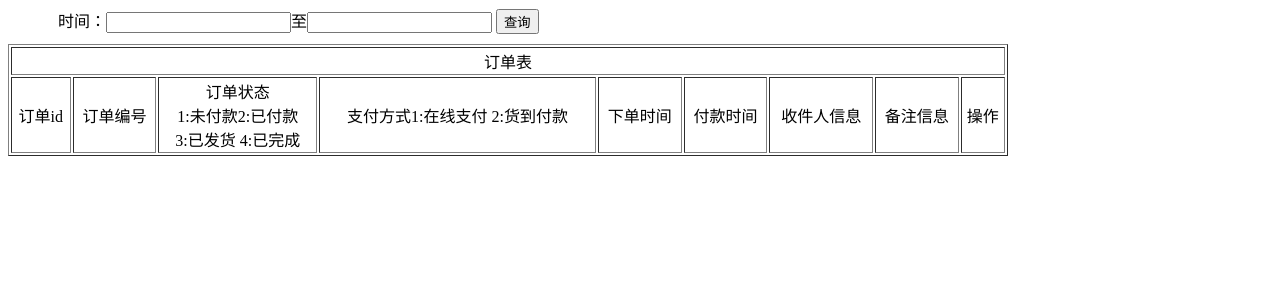
Repository: huaermao123/shopping
Page: http://localhost/Login2/orderinfo.jsp
The author's editor kept a copy of each file at every save. The page is drawn from the files as they stood at one save, then again after the next save.
The browser window is 1280 px wide. The pictures show the whole page.
The page is served by Tomcat 9. The template is opened directly, without the code that normally fills it, so the values that code supplies are empty.

Above is the page before, as saved 2017-10-11 15:15:37.

After the next save:
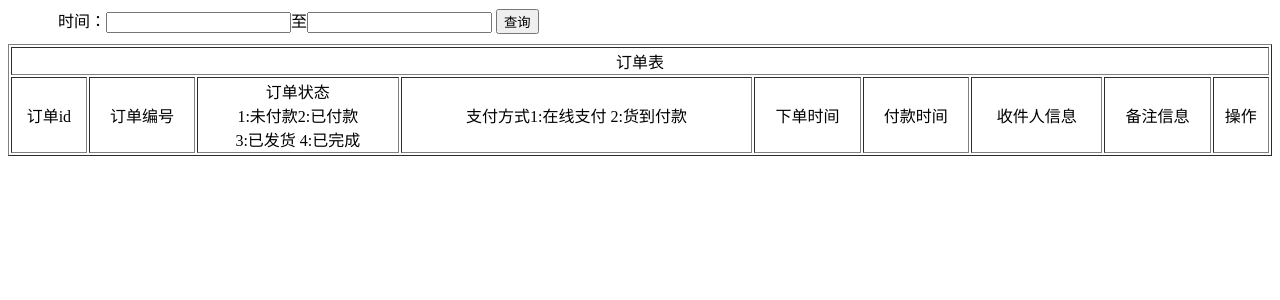
Saved 52 s later.
--- a/Login2/WebContent/orderinfo.jsp
+++ b/Login2/WebContent/orderinfo.jsp
@@ -15,7 +15,7 @@
 		        时间：<input type="text" />至<input type="text" />
 			<button>查询</button>
 		</div>
-		<table  style="text-align: center;" border="1px" width="1000px" height="30px">
+		<table  style="text-align: center;" border="1px" width="100%" height="30px">
 			<tr>
 				<td colspan="9">订单表</td>
 			</tr>
